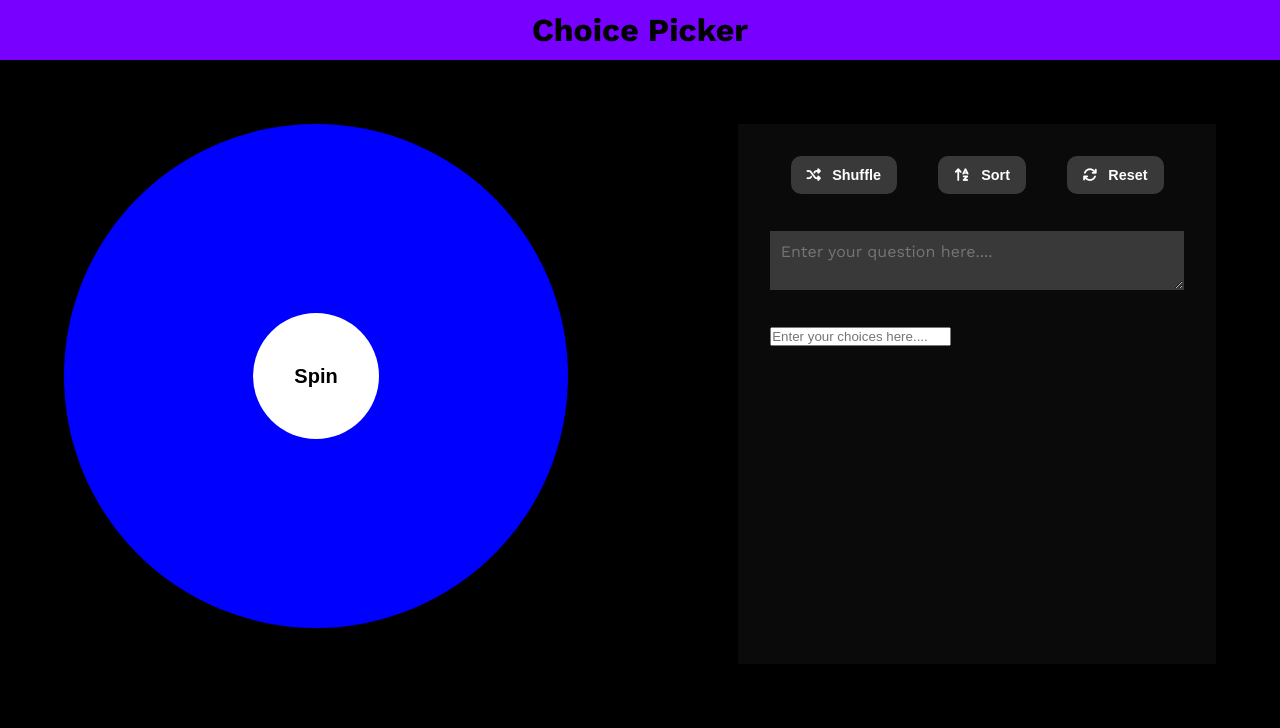
Repository: emiliaiwu/choice_wheel_spinner
Page: index.html
These files come from the project's save history. The page is drawn as it stood at one moment and after the next save; the edit follows.
The browser window is 1280 px wide. The pictures show the whole page.
Some web libraries are served in a nearby version.

Above is the page before, as saved 2023-01-10 01:23:24.

After the next save:
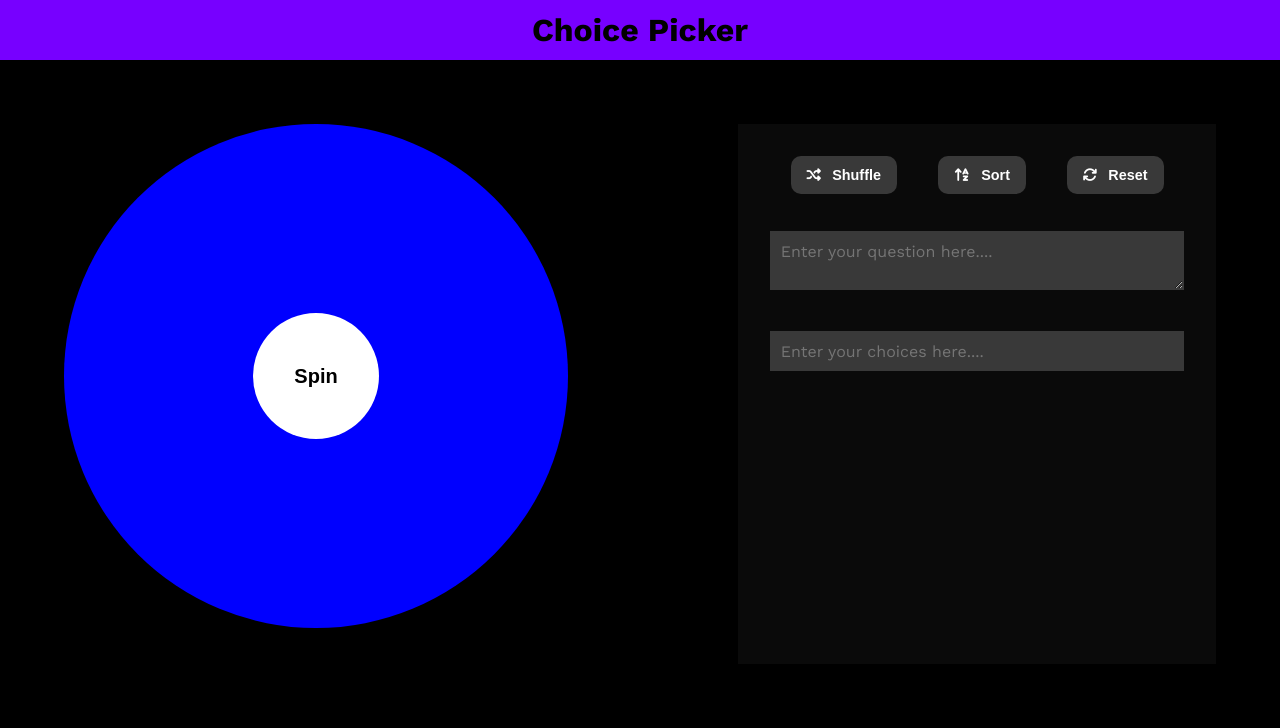
Saved 4 s later.
--- a/style.css
+++ b/style.css
@@ -121,7 +121,7 @@ textarea {
     font-family: inherit;
 }
 
-input[type="] {
+input[type="text"] {
     padding: .6rem;
     width: 100%;
     font-size: 1rem;
